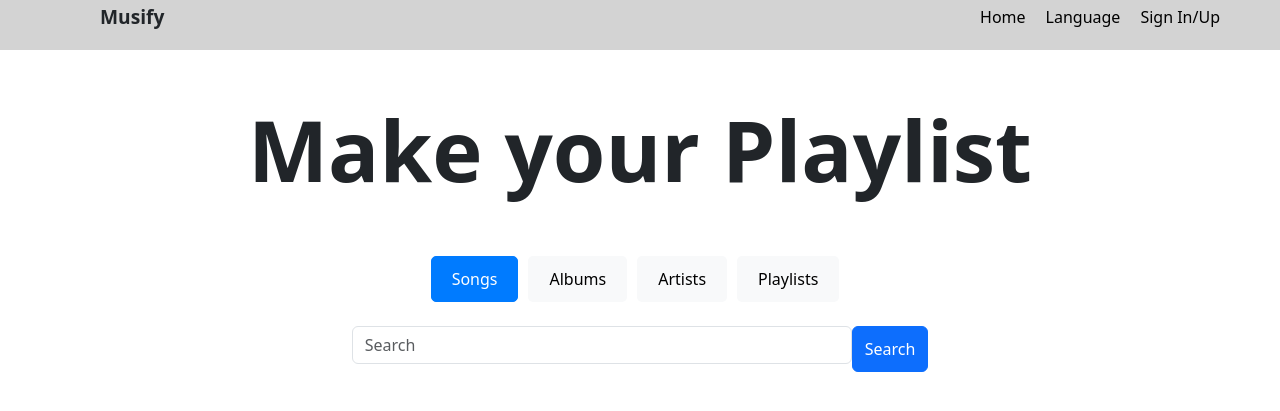
Repository: yuqiant/musify
Page: / (app in musify/)
An editor plug-in stored every save of this project. The page is shown before and after a run of saves, followed by the edit.
The browser window is 1280 px wide. The pictures show the whole page.
The project was rebuilt for these pictures with package versions that can differ from the ones it lists, and the page was loaded fresh each time. Also part of the build but not shown: musify/src/result/index.js, musify/src/details/userContext.js, musify/src/details/index.js.

Above is the page before, as saved 2023-12-08 18:28:51.

After the next 2 saves:
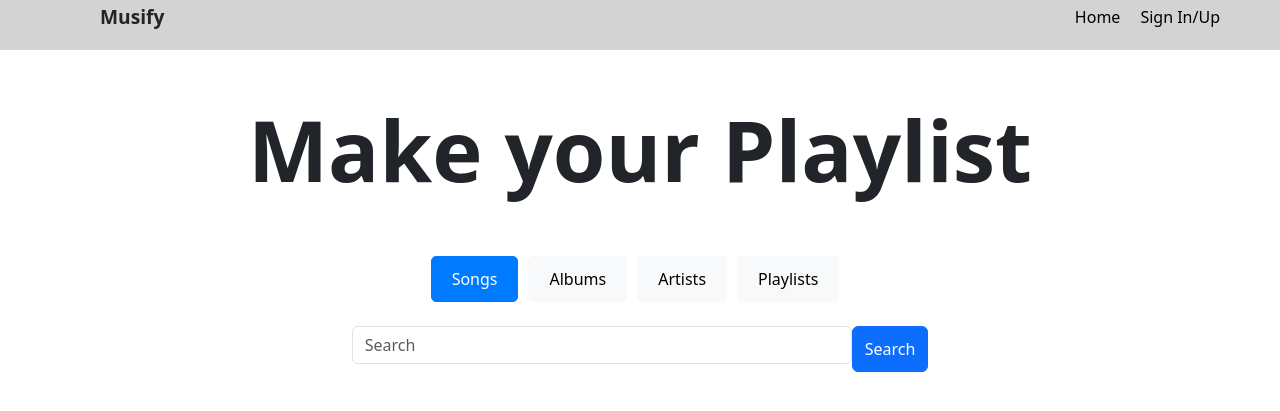
The 2 saves are shown as one change because 1 did not build or start.
The last was saved 18 min 15 s later.
--- a/musify/src/navbar/index.js
+++ b/musify/src/navbar/index.js
@@ -19,11 +19,9 @@ const Navbar = () => {
                     Home
                     {/* </NavLink> */}
                 </li>
-                <li className="list-group-item">
-                    {/* <NavLink to="/language" activeClassName="active"> */}
+                {/* <li className="list-group-item">
                     Language
-                    {/* </NavLink> */}
-                </li>
+                </li> */}
                 <li className="list-group-item">
                     {/* <NavLink to="/signin" activeClassName="active"> */}
                     Sign In/Up
